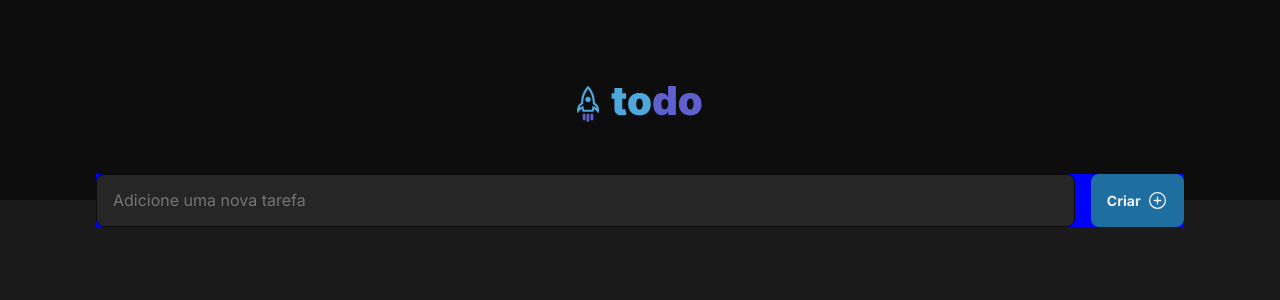
Repository: viniimartins/ToDoListROCKETSEAT
Page: /
These files come from the project's save history. The page is drawn as it stood at one moment and after a run of saves; the edit follows.
The browser window is 1280 px wide. The pictures show the whole page.
The project was rebuilt for these pictures with package versions that can differ from the ones it lists, and the page was loaded fresh each time. Also part of the build but not shown: vite.config.ts.

Above is the page before, as saved 2023-05-05 15:17:42.

After the next 5 saves:
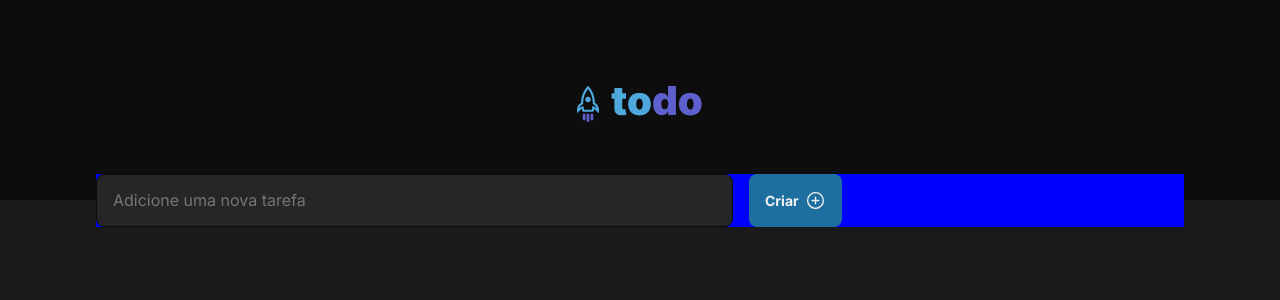
The 5 saves are shown as one change because they came seconds apart.
The last was saved 13 s later.
--- a/src/Components/AddTask.module.css
+++ b/src/Components/AddTask.module.css
@@ -15,8 +15,6 @@
   font-weight: 400;
   font-size: 1rem;
   background-color: var(--gray-500);
-  flex: 1;
-  /* margin: 0 8px; */
 }
 
 .Button {
